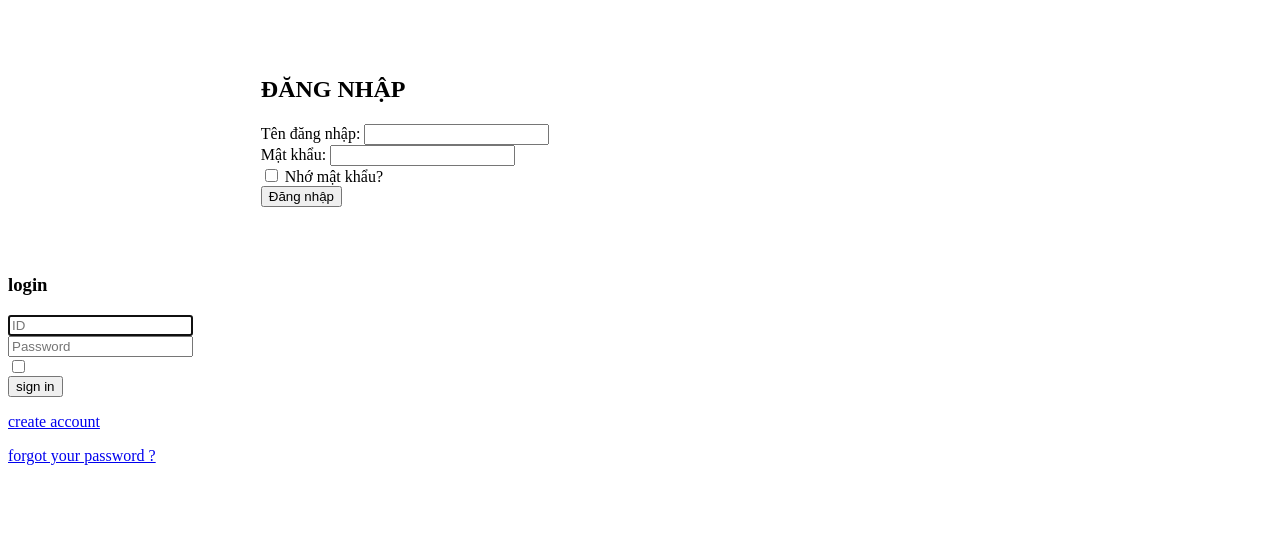
Repository: nguyengiabao245/NHOM3_C2
Page: http://localhost/DoAnJava/WEB-INF/views/account/login.jsp
The author's editor kept a copy of each file at every save. The page is drawn from the files as they stood at one save, then again after the next save.
The browser window is 1280 px wide. The pictures show the whole page.
The page is served by Tomcat 9. Nobody is signed in. The template is opened directly, without the code that normally fills it, so the values that code supplies are empty.

Above is the page before, as saved 2022-05-15 10:55:51.

After the next save:
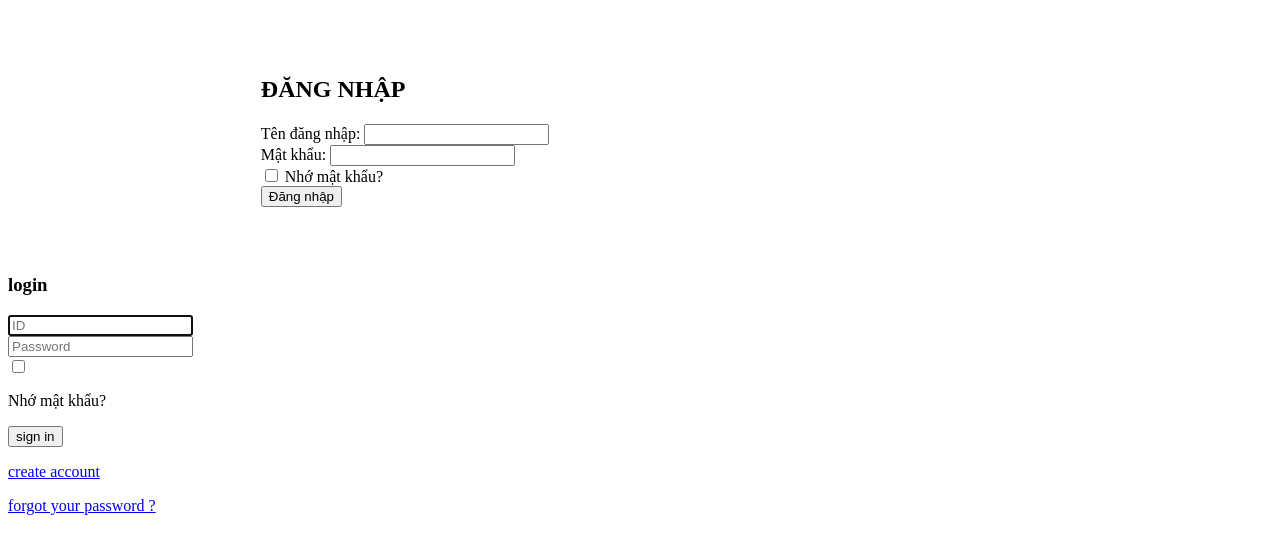
Saved 5 s later.
--- a/DoAnJava/src/main/webapp/WEB-INF/views/account/login.jsp
+++ b/DoAnJava/src/main/webapp/WEB-INF/views/account/login.jsp
@@ -39,7 +39,7 @@
                 <input class="form-control" name="pw" type="password" value="${pwd}" placeholder="Password"  required>
                             </div>
             <div class="frm-item">
-                            <input name="rm" type="checkbox" /> <pNhớ mật khẩu?/>
+                            <input name="rm" type="checkbox" /> <p>Nhớ mật khẩu?</>
                             </div>
             <div class="frm-item">
                 <button type="submit" class="userauth__btn">sign in</button>
